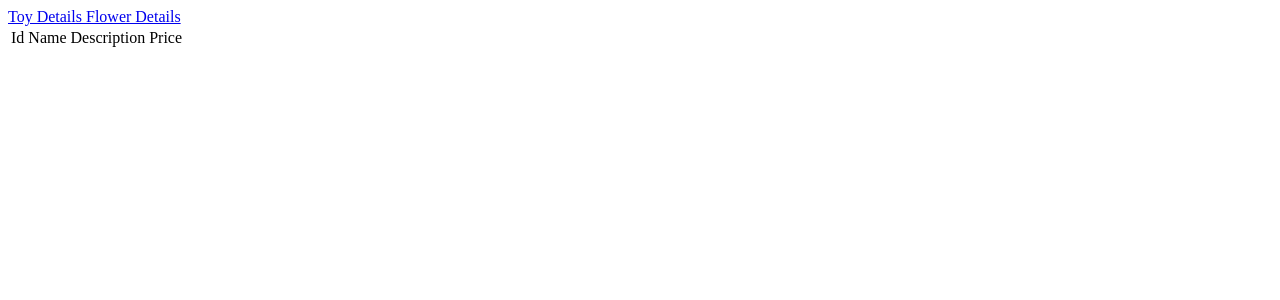
Repository: KarenViray/Training
Page: http://localhost/web.demo2b/product-toys
An editor plug-in stored every save of this project. The page is shown before and after the next save, followed by the edit.
The browser window is 1280 px wide. The pictures show the whole page.
The page is served by Tomcat 9. Other server files are loaded and not shown. Queries for data that is not in the repository find no rows.

Above is the page before, as saved 2018-11-27 08:49:47.

### web.demo2b/src/main/webapp/toyDetailsView.jsp
<%@page import="com.demo.model.Product"%>
<%@page import="java.util.List"%>
<%@ page language="java" isELIgnored="false"%>
<html>
<head>
    <title>Products</title>
</head>
<body>

	<a href = "./product-toys">Toy Details </a>
	<a href = "./product-flower">Flower Details </a>
	<table>
	   <tr>
	       <td>Id</td>
	       <td>Name</td>
	       <td>Description</td>
	       <td>Price</td>
	   </tr>
	   <%
	    List<Product> products = (List<Product>) request.getAttribute("products");
	    for(Product productctr: products) {
	   %>
	        <tr>
	           <td><%= productctr.getId() %></td>
	           <td><%= productctr.getName() %></td>
	           <td><%= productctr.getDesc() %></td>
	           <td><%= productctr.getPrice() %></td>
	       </tr>
	   <%
	    }
	   %>
	</table>
</body>
</html>

### web.demo2b/src/main/java/com/demo/controller/ToyDetailsController.java
package com.demo.controller;

import java.io.IOException;
import java.util.List;

import javax.servlet.RequestDispatcher;
import javax.servlet.ServletException;
import javax.servlet.annotation.WebServlet;
import javax.servlet.http.HttpServlet;
import javax.servlet.http.HttpServletRequest;
import javax.servlet.http.HttpServletResponse;

import com.demo.model.Product;
import com.demo.dao.ToyDetailsDAO;
import com.demo.util.DatabaseConfig;


@WebServlet(urlPatterns = "/product-toys", loadOnStartup = 1)
public class ToyDetailsController extends HttpServlet{
	private ToyDetailsDAO  ToyDetailsDAO;
	private DatabaseConfig databaseConfig;

	@Override
	public void init() throws ServletException {
		this.databaseConfig = new DatabaseConfig();
		this.ToyDetailsDAO = new ToyDetailsDAO(databaseConfig.getUrl(),
													 databaseConfig.getUsername(),
													 databaseConfig.getPassword());
	}

	@Override
	protected void doPost(HttpServletRequest request, HttpServletResponse response)
			throws ServletException, IOException {
		this.doGet(request, response);
	}

	@Override
	protected void doGet(HttpServletRequest request, HttpServletResponse response)
			throws ServletException, IOException {
		RequestDispatcher dispatcher = request.getRequestDispatcher("/toyDetailsView.jsp");
		List<Product> products = ToyDetailsDAO.findToy();
		request.setAttribute("products", products);
		dispatcher.forward(request, response);
	}

}

After the next save:
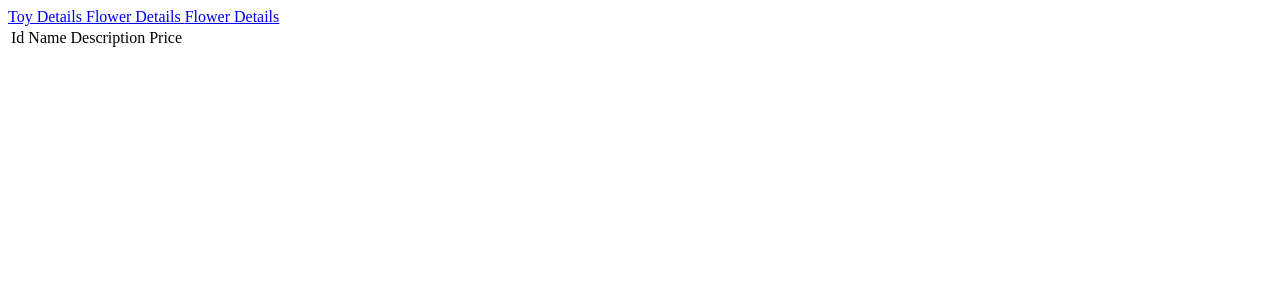
Saved 21 s later.
--- a/web.demo2b/src/main/webapp/toyDetailsView.jsp
+++ b/web.demo2b/src/main/webapp/toyDetailsView.jsp
@@ -9,6 +9,7 @@
 
 	<a href = "./product-toys">Toy Details </a>
 	<a href = "./product-flower">Flower Details </a>
+	<a href = "./product-book">Flower Details </a>
 	<table>
 	   <tr>
 	       <td>Id</td>
